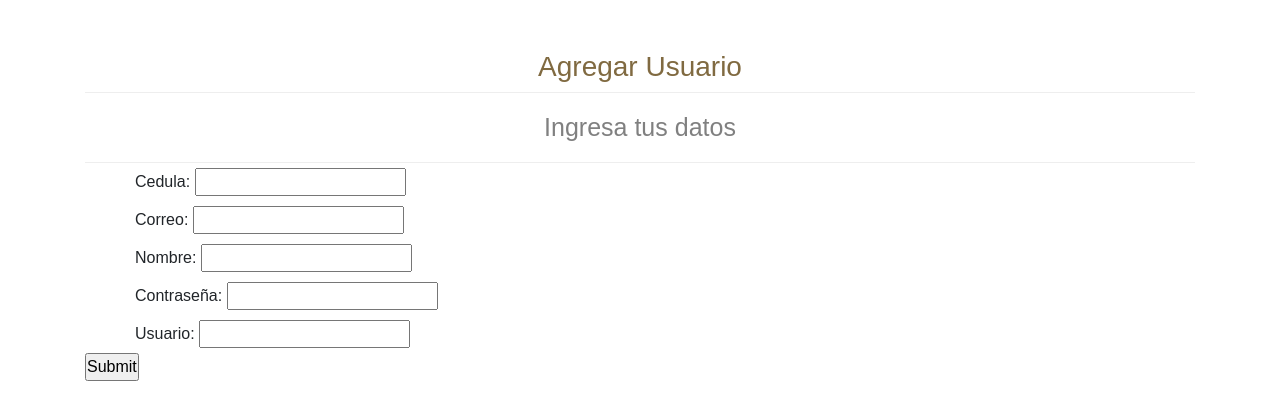
Repository: andresrojas686/tiendaGenericaMintic
Page: primerJSP/src/main/webapp/agregarUsuario.html
An editor plug-in stored every save of this project. The page is shown before and after the next save, followed by the edit.
The browser window is 1280 px wide. The pictures show the whole page.

Above is the page before, as saved 2021-09-15 21:50:55.

### primerJSP/src/main/webapp/agregarUsuario.html
<!DOCTYPE html>
<html>
<head>
<meta charset="ISO-8859-1">
<link rel="stylesheet" href="style/styles.css">
<link rel="stylesheet" href="style/main.css">
<title>Agregar usuario</title>
</head>
<body>
	<h1 class="titulo-tienda">Agregar Usuario</h1>
	<section class="main">
		<div class="container">
			<section class="row">
				<div class="col">
					<div class="border-top border-bottom py-3">
						<p class="ingresa">Ingresa tus datos</p>
					</div>
					<div>
						<form action="agregarUsuario.jsp" method = "post">
							<div>
								<label>Cedula:</label>
								<input type = "text" name = "cedula">
							</div>
							<div>
								<label>Correo:</label>
								<input type = "text" name = "correo">
							</div>
							<div>
								<label>Nombre:</label>
								<input type = "text" name = "nombre">
							</div>
							<div>
								<label>Contraseña:</label>
								<input type = "text" name = "pass">
							</div>
							<div>
								<label>Usuario:</label>
								<input type = "text" name = "usuario">
							</div>
							<div>
								<input type = "submit">
							</div>
						</form>
					</div>
				</div>
			</section>
		</div>
	</section>


</body>
</html>

### primerJSP/src/main/webapp/style/styles.css
@charset "ISO-8859-1";
*{
    margin: 0;
    padding: 0;
}
.titulo-tienda{
  text-align: center;
  margin-top: 50px;
  font-family:Arial, Helvetica, sans-serif;
  font-size: 28px;
  color: #806a41;
}
.ingresa{
  text-align: center;
  font-size: 25px;
  color: grey;
}
form label{
  margin-left: 50px;
  margin-top: 7px;
  margin-bottom: 7px;
}
.usuario{
  display: flex;
}
form label input{
  flex-wrap: wrap;
  width: 75vw;
  height: 35px;
  font-size: 15px;
  /* border-radius: 5px; */
}

.contenedor-botones{
  margin-top: 20px;
  display: flex;
  width: 100%;
}

.botones-usuario{
  margin: 0 auto;
  width: 150px;
  height: 40px;
  color: white;
  border: 2px solid #806a41;
  background-color: #806a41;
  border-radius: 10px;
  cursor: pointer;
}
.botones-usuario a{
  color: white;
}
.botones-usuario:hover{
  background-color: white;
  color: #806a41;
  box-shadow: 3px 3px 3px gray;
}
.enlace-usuario{
  text-align: center;
  padding-top: 5px;
  width: 150px;
  height: 40px;
  color: white;
  border: 2px solid #806a41;
  background-color: #806a41;
  border-radius: 10px;
}
.enlace-usuario:hover{
  text-align: center;
  padding-top: 5px;
  width: 150px;
  height: 40px;
  color: white;
  border: 2px solid #806a41;
  background-color: white;
  color: #806a41;
  border-radius: 10px;
}

.agregar-usuario{
  background-color: #806a41 !important;
  border: none !important;
  margin-top: 15px;
}
.agregar-usuario:hover{
  box-shadow: 3px 3px 3px gray;
}


.editar-usuario{
  background-color: #806a41 !important;
  border: none !important;
  margin: 5px;
}
.editar-usuario:hover{
  box-shadow: 3px 3px 3px gray;
}

.eliminar-usuario{
  background-color: #806a41 !important;
  border: none !important;
  margin: 5px;
}
.eliminar-usuario:hover{
  box-shadow: 3px 3px 3px gray;
}


.titulo-tabla{
  color: #806a41;
}
.titulo-tabla-centrada{
  color: #806a41;
  text-align: center;
}

Loaded but not shown: primerJSP/src/main/webapp/style/main.css (library)

After the next save:
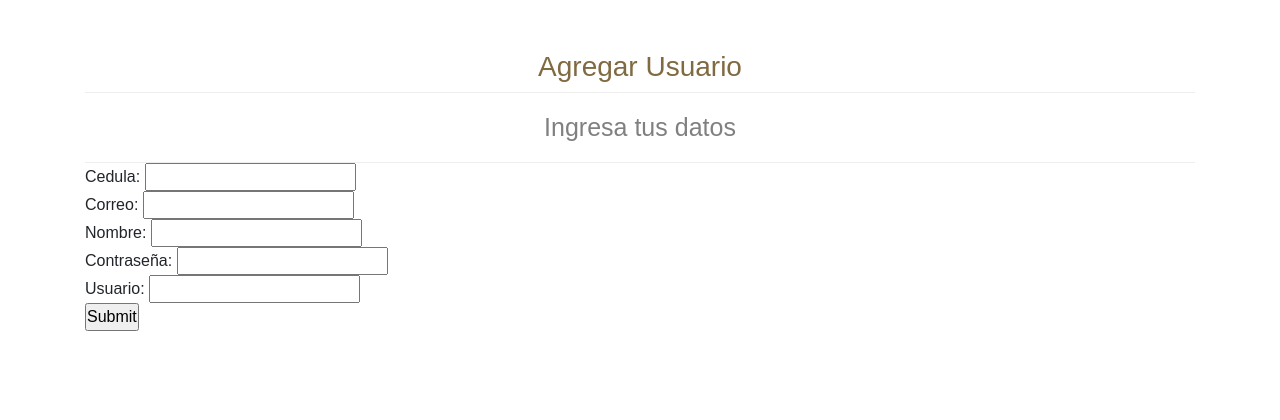
Saved 6 min 35 s later.
--- a/primerJSP/src/main/webapp/agregarUsuario.html
+++ b/primerJSP/src/main/webapp/agregarUsuario.html
@@ -18,23 +18,23 @@
 					<div>
 						<form action="agregarUsuario.jsp" method = "post">
 							<div>
-								<label>Cedula:</label>
+								<span>Cedula:</span>
 								<input type = "text" name = "cedula">
 							</div>
 							<div>
-								<label>Correo:</label>
+								<span>Correo:</span>
 								<input type = "text" name = "correo">
 							</div>
 							<div>
-								<label>Nombre:</label>
+								<span>Nombre:</span>
 								<input type = "text" name = "nombre">
 							</div>
 							<div>
-								<label>Contraseña:</label>
+								<span>Contraseña:</span>
 								<input type = "text" name = "pass">
 							</div>
 							<div>
-								<label>Usuario:</label>
+								<span>Usuario:</span>
 								<input type = "text" name = "usuario">
 							</div>
 							<div>
